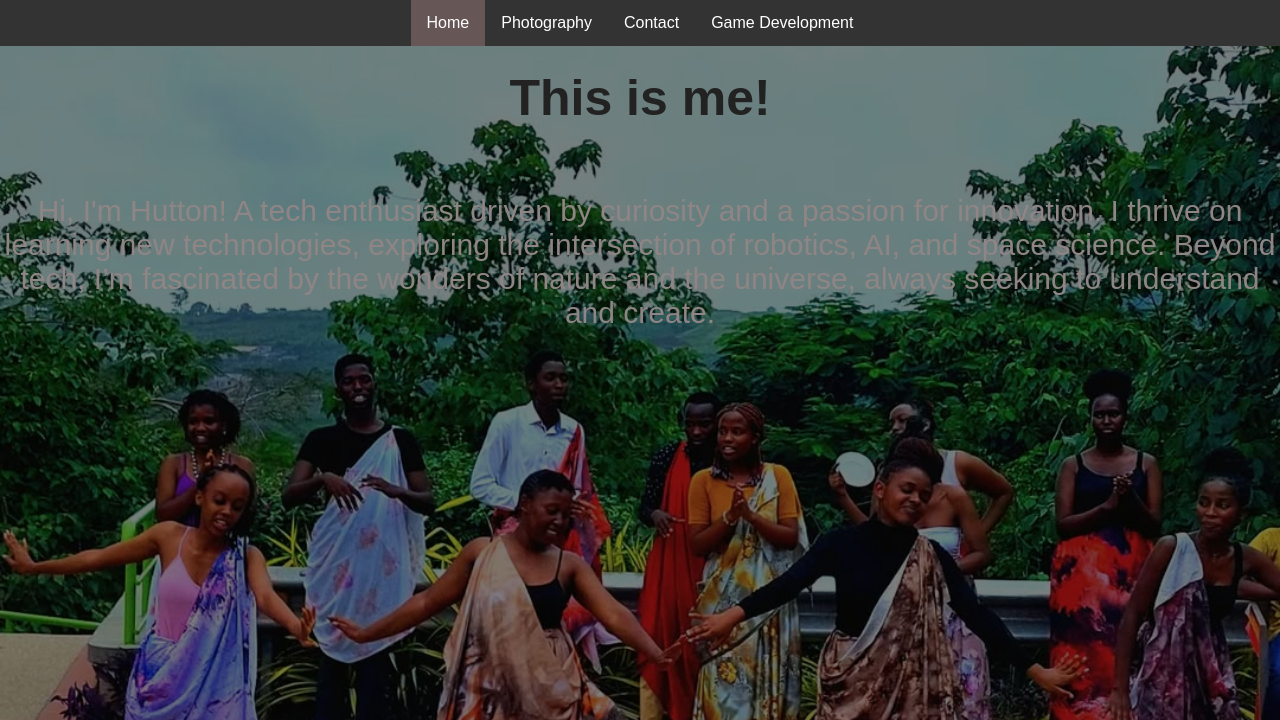
Repository: Argivist/ArgPortfolio
Page: index.html
An editor plug-in stored every save of this project. The page is shown before and after the next save, followed by the edit.
The browser window is 1280 px wide. The pictures show the whole page.

Above is the page before, as saved 2025-03-28 18:42:54.

After the next save:
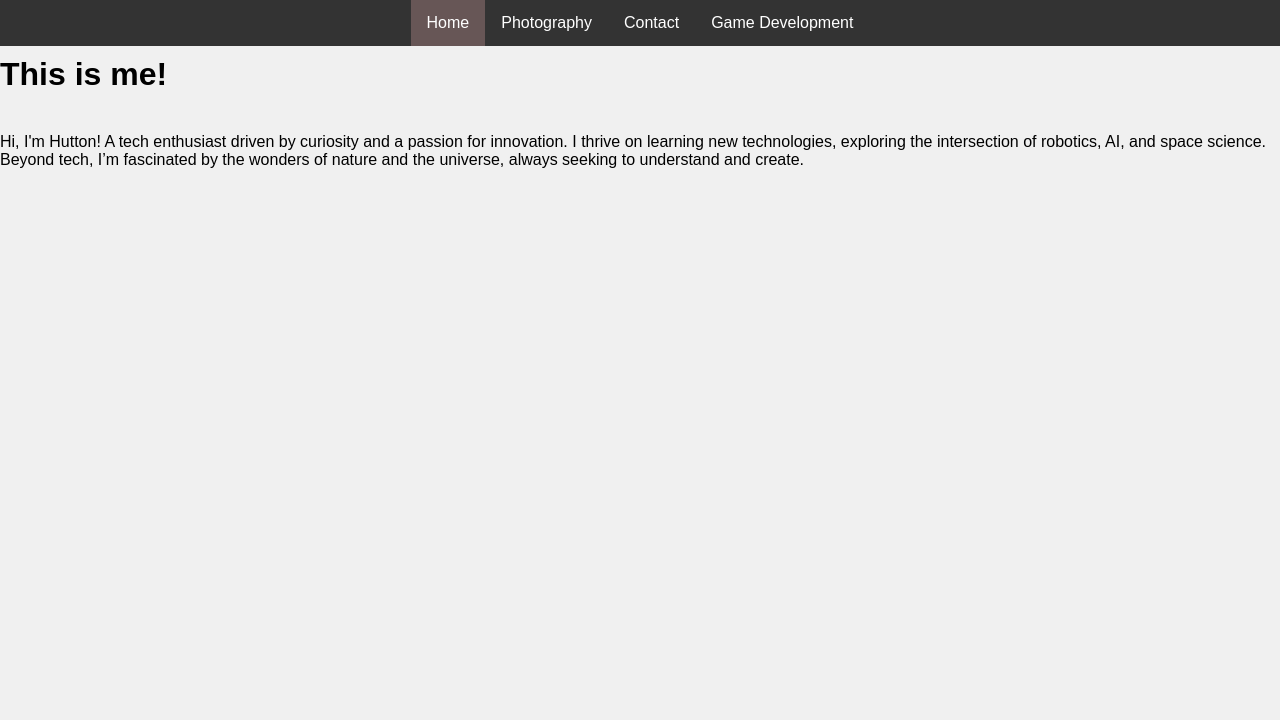
Saved 7 s later.
--- a/css/home.css
+++ b/css/home.css
@@ -5,13 +5,13 @@
     --nav-link-hover-bg: #111;
     --dropdown-bg: #f9f9f9;
     --active-bg: #675656;
-    --body-text-color: #8f8585;      /* General text color */
-    --heading-text-color: #222;   /* Headings, if desired */
+    --body-text-color: #333;      /* General text color */
+    --heading-text-color: #d4caca;   /* Headings, if desired */
 }
 
 
 h1 {
-    color: var(--heading-text-color);
+    color: var(--heading-text-color;
     font-size: 50px;
     text-align: center;
     /* text-shadow: 2px 2px 5px rgba(0, 0, 0, 0.5); */

After the save that followed:
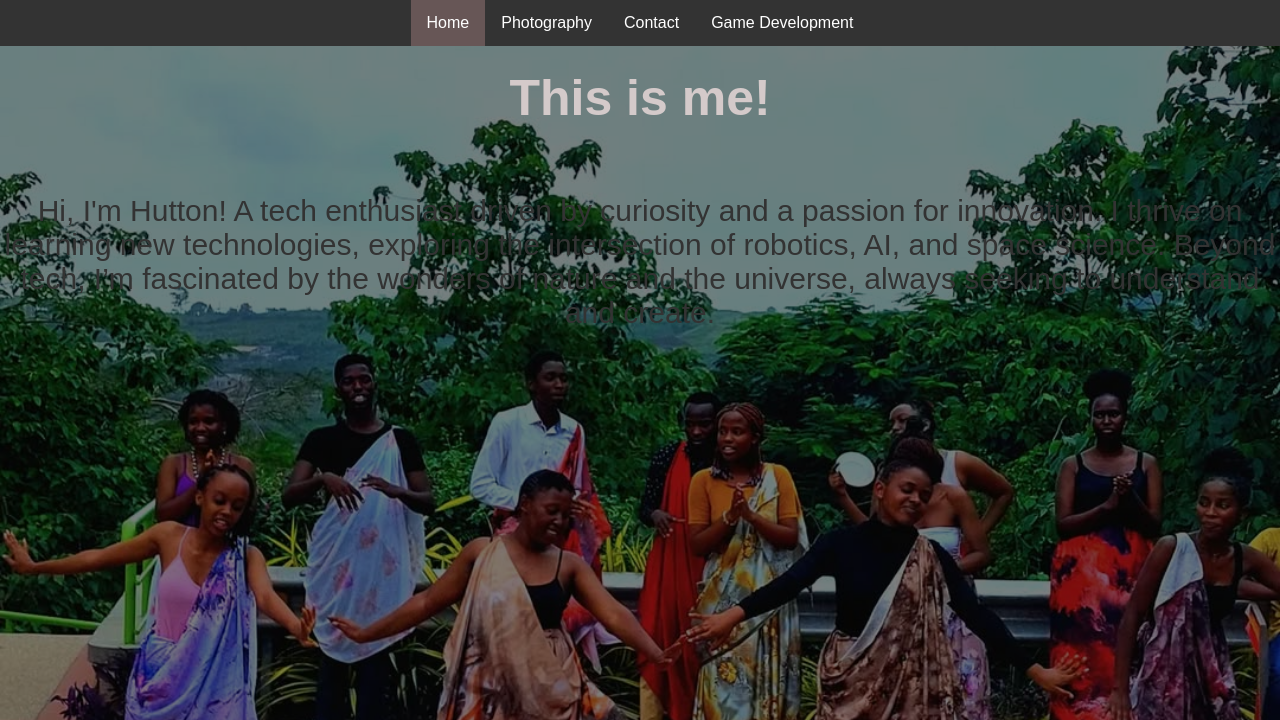
Saved 9 s later.
--- a/css/home.css
+++ b/css/home.css
@@ -11,7 +11,7 @@
 
 
 h1 {
-    color: var(--heading-text-color;
+    color: var(--heading-text-color);
     font-size: 50px;
     text-align: center;
     /* text-shadow: 2px 2px 5px rgba(0, 0, 0, 0.5); */
